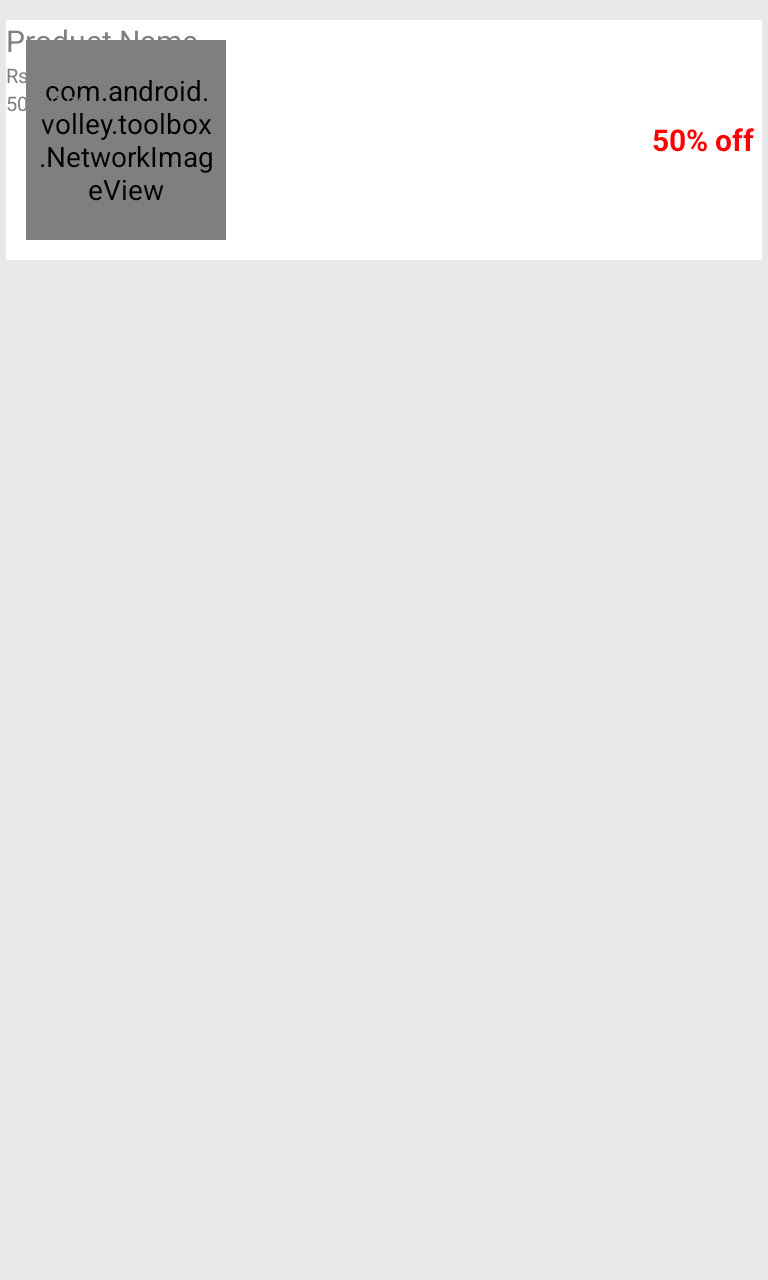
Repository: thisisdemo333/BigDiscount
Layout: BigDiscounts/res/layout/view_lv_search_list.xml
An editor plug-in stored every save of this project. The layout is shown before and after the next save, followed by the edit.
Pictures or frames that could not be fetched are drawn as grey boxes. It is drawn on a 768 x 1280 px phone screen (xhdpi) without system bars, with theme AppTheme; the app's code is not run.

Above is the layout before, as saved 2015-05-10 16:24:37.

### BigDiscounts/res/layout/view_lv_search_list.xml
<?xml version="1.0" encoding="utf-8"?>
<LinearLayout xmlns:android="http://schemas.android.com/apk/res/android"
    android:layout_width="match_parent"
    android:layout_height="wrap_content"
    android:background="@color/gray_light"
    android:orientation="vertical" >

    <RelativeLayout
        android:id="@+id/relativeLayout"
        android:layout_width="match_parent"
        android:layout_height="wrap_content"
        android:layout_marginBottom="@dimen/margin_3dp"
        android:layout_marginLeft="@dimen/margin_3dp"
        android:layout_marginRight="@dimen/margin_3dp"
        android:layout_marginTop="@dimen/margin_10dp"
        android:background="@color/white" >

        <RelativeLayout
            android:id="@+id/image_loader"
            android:layout_width="wrap_content"
            android:layout_height="wrap_content" >

            <ProgressBar
                android:layout_width="wrap_content"
                android:layout_height="wrap_content"
                android:layout_centerInParent="true" />

            <com.android.volley.toolbox.NetworkImageView
                android:id="@+id/iv_product_image"
                android:layout_width="@dimen/dimen_search_item_image"
                android:layout_height="@dimen/dimen_search_item_image"
                android:layout_margin="@dimen/margin_10dp"
                android:layout_marginLeft="@dimen/margin_10dp"
                android:focusable="false"
                android:focusableInTouchMode="false"
                android:padding="@dimen/margin_5dp"
                android:scaleType="fitXY" />
        </RelativeLayout>

        <RelativeLayout
            android:layout_width="wrap_content"
            android:layout_height="wrap_content"
            android:gravity="center_vertical">

            <TextView
                android:id="@+id/tv_product_name"
                android:layout_width="wrap_content"
                android:layout_height="wrap_content"
                android:layout_toRightOf="@+id/image_loader"
                android:text="Product Name"
                android:textColor="@color/gray"
                android:textSize="@dimen/medium_text_size" />

            <TextView
                android:id="@+id/tv_product_selling_prise"
                android:layout_width="wrap_content"
                android:layout_height="wrap_content"
                android:layout_below="@+id/tv_product_name"
                android:layout_toRightOf="@+id/image_loader"
                android:text="Rs 2000.00/-"
                android:textColor="@color/gray"
                android:textSize="@dimen/small_text_size" />

            <TextView
                android:id="@+id/tv_product_mrp"
                android:layout_width="wrap_content"
                android:layout_height="wrap_content"
                android:layout_below="@+id/tv_product_selling_prise"
                android:layout_toRightOf="@+id/image_loader"
                android:text="50000.00/-"
                android:textColor="@color/gray"
                android:textSize="@dimen/small_text_size" />
        </RelativeLayout>

        <TextView
            android:id="@+id/tv_product_offer"
            android:layout_width="wrap_content"
            android:layout_height="wrap_content"
            android:layout_alignParentRight="true"
            android:layout_below="@+id/tv_product_name"
            android:layout_centerVertical="true"
            android:layout_marginRight="@dimen/margin_2dp"
            android:padding="@dimen/padding_2dp"
            android:text="50% off"
            android:textColor="@color/red"
            android:textSize="@dimen/medium_text_size"
            android:textStyle="bold" />
    </RelativeLayout>

</LinearLayout>

### BigDiscounts/res/values/styles.xml
<resources xmlns:android="http://schemas.android.com/apk/res/android">

    <!--
        Base application theme, dependent on API level. This theme is replaced
        by AppBaseTheme from res/values-vXX/styles.xml on newer devices.


    -->
    <style name="AppBaseTheme" parent="android:Theme.Light">
        <!--
            Theme customizations available in newer API levels can go in
            res/values-vXX/styles.xml, while customizations related to
            backward-compatibility can go here.


        -->
    </style>

    <!-- Application theme. -->
    <style name="AppTheme" parent="AppBaseTheme">

        <!-- All customizations that are NOT specific to a particular API-level can go here. -->
        <item name="android:actionBarStyle">@style/MyActionBar</item>
    </style>

    <!-- Action bar theme. -->
    <style name="MyActionBar" parent="@android:style/Widget.Holo.Light.ActionBar">
        <item name="android:background">@color/RoyalBlue</item>
        <item name="android:titleTextStyle">@style/AppTitle</item>
    </style>

    <!-- App title theme -->
    <style name="AppTitle" parent="@android:style/TextAppearance.Holo.Widget.ActionBar.Title">
        <item name="android:textColor">@color/white</item>
    </style>

</resources>

### BigDiscounts/res/values-hdpi/dimens.xml
<?xml version="1.0" encoding="utf-8"?>
<resources>

    <!-- Text Size -->
    <dimen name="very_small_text_size">8sp</dimen>
    <dimen name="sub_small_text_size">9sp</dimen>
    <dimen name="small_text_size">10sp</dimen>
    <dimen name="medium_text_size">15sp</dimen>
    <dimen name="large_text_size">25sp</dimen>
    <dimen name="very_large_text_size">35sp</dimen>

    <!-- padding -->
    <dimen name="padding_1dp">1dp</dimen>
    <dimen name="padding_2dp">2dp</dimen>
    <dimen name="padding_3dp">3dp</dimen>
    <dimen name="padding_4dp">4dp</dimen>
    <dimen name="padding_5dp">5dp</dimen>
    <dimen name="padding_6dp">6dp</dimen>
    <dimen name="padding_7dp">7dp</dimen>
    <dimen name="padding_8dp">8dp</dimen>
    <dimen name="padding_9dp">9dp</dimen>
    <dimen name="padding_10dp">10dp</dimen>
    <dimen name="padding_15dp">15dp</dimen>
    <dimen name="padding_20dp">20dp</dimen>
    <dimen name="padding_25dp">25dp</dimen>
    <dimen name="padding_30dp">30dp</dimen>
    <dimen name="padding_40dp">40dp</dimen>

    <!-- Margin -->
    <dimen name="margin_1dp">1dp</dimen>
    <dimen name="margin_2dp">2dp</dimen>
    <dimen name="margin_3dp">3dp</dimen>
    <dimen name="margin_4dp">4dp</dimen>
    <dimen name="margin_5dp">5dp</dimen>
    <dimen name="margin_6dp">6dp</dimen>
    <dimen name="margin_7dp">7dp</dimen>
    <dimen name="margin_8dp">8dp</dimen>
    <dimen name="margin_9dp">9dp</dimen>
    <dimen name="margin_10dp">10dp</dimen>
    <dimen name="margin_15dp">15dp</dimen>
    <dimen name="margin_20dp">20dp</dimen>
    <dimen name="margin_25dp">25dp</dimen>
    <dimen name="margin_30dp">30dp</dimen>

    <!-- Imageview Category Dimen -->
    <dimen name="imv_category_dimen">40dp</dimen>

    <!-- Category Fragment dimen -->
    <dimen name="dimen_hotdeals_listview">165dp</dimen>
    <dimen name="dimen_view_pager">165dp</dimen>
    <dimen name="dimen_hot_deals_image">165dp</dimen>
    <dimen name="dimen_product_image">165dp</dimen>

    <!-- Search Item Image dimen -->
    <dimen name="dimen_search_item_image">100dp</dimen>

    <!-- Advertise Screen Dimen -->
    <dimen name="dimen_advetise_viewpager">200dp</dimen>
    <dimen name="dimen_advertise_horizontal_listview">100dp</dimen>
    <dimen name="dimen_advertise_call_image">40dp</dimen>
    <dimen name="dimen_advertise_sms_image">40dp</dimen>
    <dimen name="dimen_advertise_pager_addres">100dp</dimen>

</resources>

### BigDiscounts/res/values-mdpi/dimens.xml
<?xml version="1.0" encoding="utf-8"?>
<resources>

    <!-- Text Size -->
    <dimen name="very_small_text_size">8sp</dimen>
    <dimen name="sub_small_text_size">9sp</dimen>
    <dimen name="small_text_size">10sp</dimen>
    <dimen name="medium_text_size">15sp</dimen>
    <dimen name="large_text_size">25sp</dimen>
    <dimen name="very_large_text_size">35sp</dimen>

    <!-- padding -->
    <dimen name="padding_1dp">1dp</dimen>
    <dimen name="padding_2dp">2dp</dimen>
    <dimen name="padding_3dp">3dp</dimen>
    <dimen name="padding_4dp">4dp</dimen>
    <dimen name="padding_5dp">5dp</dimen>
    <dimen name="padding_6dp">6dp</dimen>
    <dimen name="padding_7dp">7dp</dimen>
    <dimen name="padding_8dp">8dp</dimen>
    <dimen name="padding_9dp">9dp</dimen>
    <dimen name="padding_10dp">10dp</dimen>
    <dimen name="padding_15dp">15dp</dimen>
    <dimen name="padding_20dp">20dp</dimen>
    <dimen name="padding_25dp">25dp</dimen>
    <dimen name="padding_30dp">30dp</dimen>
    <dimen name="padding_40dp">40dp</dimen>

    <!-- Margin -->
    <dimen name="margin_1dp">1dp</dimen>
    <dimen name="margin_2dp">2dp</dimen>
    <dimen name="margin_3dp">3dp</dimen>
    <dimen name="margin_4dp">4dp</dimen>
    <dimen name="margin_5dp">5dp</dimen>
    <dimen name="margin_6dp">6dp</dimen>
    <dimen name="margin_7dp">7dp</dimen>
    <dimen name="margin_8dp">8dp</dimen>
    <dimen name="margin_9dp">9dp</dimen>
    <dimen name="margin_10dp">10dp</dimen>
    <dimen name="margin_15dp">15dp</dimen>
    <dimen name="margin_20dp">20dp</dimen>
    <dimen name="margin_25dp">25dp</dimen>
    <dimen name="margin_30dp">30dp</dimen>

    <!-- Imageview Category Dimen -->
    <dimen name="imv_category_dimen">35dp</dimen>

    <!-- Category Fragment dimen -->
    <dimen name="dimen_hotdeals_listview">150dp</dimen>
    <dimen name="dimen_view_pager">150dp</dimen>
    <dimen name="dimen_hot_deals_image">150dp</dimen>
    <dimen name="dimen_product_image">150dp</dimen>

    <!-- Search Item Image dimen -->
    <dimen name="dimen_search_item_image">100dp</dimen>

    <!-- Advertise Screen Dimen -->
    <dimen name="dimen_advetise_viewpager">200dp</dimen>
    <dimen name="dimen_advertise_horizontal_listview">100dp</dimen>
    <dimen name="dimen_advertise_call_image">40dp</dimen>
    <dimen name="dimen_advertise_sms_image">40dp</dimen>
    <dimen name="dimen_advertise_pager_addres">100dp</dimen>

</resources>

### BigDiscounts/res/values-xhdpi/dimens.xml
<?xml version="1.0" encoding="utf-8"?>
<resources>

    <!-- Text Size -->
    <dimen name="very_small_text_size">8sp</dimen>
    <dimen name="sub_small_text_size">9sp</dimen>
    <dimen name="small_text_size">10sp</dimen>
    <dimen name="medium_text_size">15sp</dimen>
    <dimen name="large_text_size">25sp</dimen>
    <dimen name="very_large_text_size">35sp</dimen>

    <!-- padding -->
    <dimen name="padding_1dp">1dp</dimen>
    <dimen name="padding_2dp">2dp</dimen>
    <dimen name="padding_3dp">3dp</dimen>
    <dimen name="padding_4dp">4dp</dimen>
    <dimen name="padding_5dp">5dp</dimen>
    <dimen name="padding_6dp">6dp</dimen>
    <dimen name="padding_7dp">7dp</dimen>
    <dimen name="padding_8dp">8dp</dimen>
    <dimen name="padding_9dp">9dp</dimen>
    <dimen name="padding_10dp">10dp</dimen>
    <dimen name="padding_15dp">15dp</dimen>
    <dimen name="padding_20dp">20dp</dimen>
    <dimen name="padding_25dp">25dp</dimen>
    <dimen name="padding_30dp">30dp</dimen>
    <dimen name="padding_40dp">40dp</dimen>

    <!-- Margin -->
    <dimen name="margin_1dp">1dp</dimen>
    <dimen name="margin_2dp">2dp</dimen>
    <dimen name="margin_3dp">3dp</dimen>
    <dimen name="margin_4dp">4dp</dimen>
    <dimen name="margin_5dp">5dp</dimen>
    <dimen name="margin_6dp">6dp</dimen>
    <dimen name="margin_7dp">7dp</dimen>
    <dimen name="margin_8dp">8dp</dimen>
    <dimen name="margin_9dp">9dp</dimen>
    <dimen name="margin_10dp">10dp</dimen>
    <dimen name="margin_15dp">15dp</dimen>
    <dimen name="margin_20dp">20dp</dimen>
    <dimen name="margin_25dp">25dp</dimen>
    <dimen name="margin_30dp">30dp</dimen>

    <!-- Imageview Category Dimen -->
    <dimen name="imv_category_dimen">45dp</dimen>

    <!-- Category Fragment dimen -->
    <dimen name="dimen_hotdeals_listview">165dp</dimen>
    <dimen name="dimen_view_pager">165dp</dimen>
    <dimen name="dimen_hot_deals_image">165dp</dimen>
    <dimen name="dimen_product_image">165dp</dimen>


    <!-- Search Item Image dimen -->
    <dimen name="dimen_search_item_image">100dp</dimen>

    <!-- Advertise Screen Dimen -->
    <dimen name="dimen_advetise_viewpager">200dp</dimen>
    <dimen name="dimen_advertise_horizontal_listview">100dp</dimen>
    <dimen name="dimen_advertise_call_image">40dp</dimen>
    <dimen name="dimen_advertise_sms_image">40dp</dimen>
    <dimen name="dimen_advertise_pager_addres">100dp</dimen>

</resources>

Loaded but not shown: BigDiscounts/res/values-v11/styles.xml (common file); BigDiscounts/res/values-v14/styles.xml (common file); BigDiscounts/res/values/colors.xml (184 lines, source omitted)

After the next save:
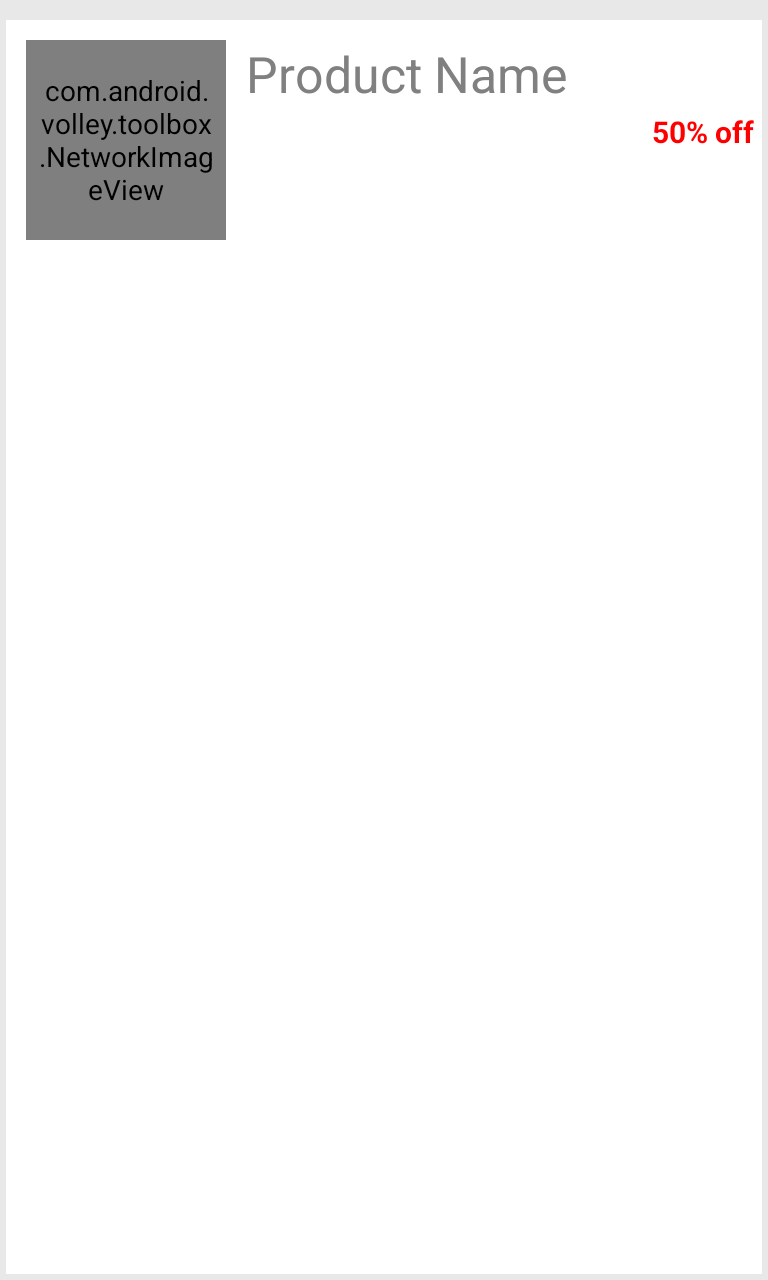
Saved 2 min 10 s later.
--- a/BigDiscounts/res/layout/view_lv_search_list.xml
+++ b/BigDiscounts/res/layout/view_lv_search_list.xml
@@ -9,6 +9,7 @@
         android:id="@+id/relativeLayout"
         android:layout_width="match_parent"
         android:layout_height="wrap_content"
+        android:layout_centerVertical="true"
         android:layout_marginBottom="@dimen/margin_3dp"
         android:layout_marginLeft="@dimen/margin_3dp"
         android:layout_marginRight="@dimen/margin_3dp"
@@ -37,40 +38,35 @@
                 android:scaleType="fitXY" />
         </RelativeLayout>
 
-        <RelativeLayout
+        <TextView
+            android:id="@+id/tv_product_name"
             android:layout_width="wrap_content"
             android:layout_height="wrap_content"
-            android:gravity="center_vertical">
+            android:layout_marginTop="@dimen/margin_10dp"
+            android:layout_toRightOf="@+id/image_loader"
+            android:text="Product Name"
+            android:textColor="@color/gray"
+            android:textSize="@dimen/large_text_size" />
 
-            <TextView
-                android:id="@+id/tv_product_name"
-                android:layout_width="wrap_content"
-                android:layout_height="wrap_content"
-                android:layout_toRightOf="@+id/image_loader"
-                android:text="Product Name"
-                android:textColor="@color/gray"
-                android:textSize="@dimen/medium_text_size" />
+<!--         <TextView -->
+<!--             android:id="@+id/tv_product_selling_prise" -->
+<!--             android:layout_width="wrap_content" -->
+<!--             android:layout_height="wrap_content" -->
+<!--             android:layout_below="@+id/tv_product_name" -->
+<!--             android:layout_toRightOf="@+id/image_loader" -->
+<!--             android:text="Rs 2000.00/-" -->
+<!--             android:textColor="@color/gray" -->
+<!--             android:textSize="@dimen/medium_text_size" /> -->
 
-            <TextView
-                android:id="@+id/tv_product_selling_prise"
-                android:layout_width="wrap_content"
-                android:layout_height="wrap_content"
-                android:layout_below="@+id/tv_product_name"
-                android:layout_toRightOf="@+id/image_loader"
-                android:text="Rs 2000.00/-"
-                android:textColor="@color/gray"
-                android:textSize="@dimen/small_text_size" />
-
-            <TextView
-                android:id="@+id/tv_product_mrp"
-                android:layout_width="wrap_content"
-                android:layout_height="wrap_content"
-                android:layout_below="@+id/tv_product_selling_prise"
-                android:layout_toRightOf="@+id/image_loader"
-                android:text="50000.00/-"
-                android:textColor="@color/gray"
-                android:textSize="@dimen/small_text_size" />
-        </RelativeLayout>
+<!--         <TextView -->
+<!--             android:id="@+id/tv_product_mrp" -->
+<!--             android:layout_width="wrap_content" -->
+<!--             android:layout_height="wrap_content" -->
+<!--             android:layout_below="@+id/tv_product_selling_prise" -->
+<!--             android:layout_toRightOf="@+id/image_loader" -->
+<!--             android:text="50000.00/-" -->
+<!--             android:textColor="@color/gray" -->
+<!--             android:textSize="@dimen/medium_text_size" /> -->
 
         <TextView
             android:id="@+id/tv_product_offer"
@@ -78,8 +74,9 @@
             android:layout_height="wrap_content"
             android:layout_alignParentRight="true"
             android:layout_below="@+id/tv_product_name"
-            android:layout_centerVertical="true"
             android:layout_marginRight="@dimen/margin_2dp"
+           	android:layout_alignParentBottom="true"
+            android:gravity="right"
             android:padding="@dimen/padding_2dp"
             android:text="50% off"
             android:textColor="@color/red"

After the save that followed:
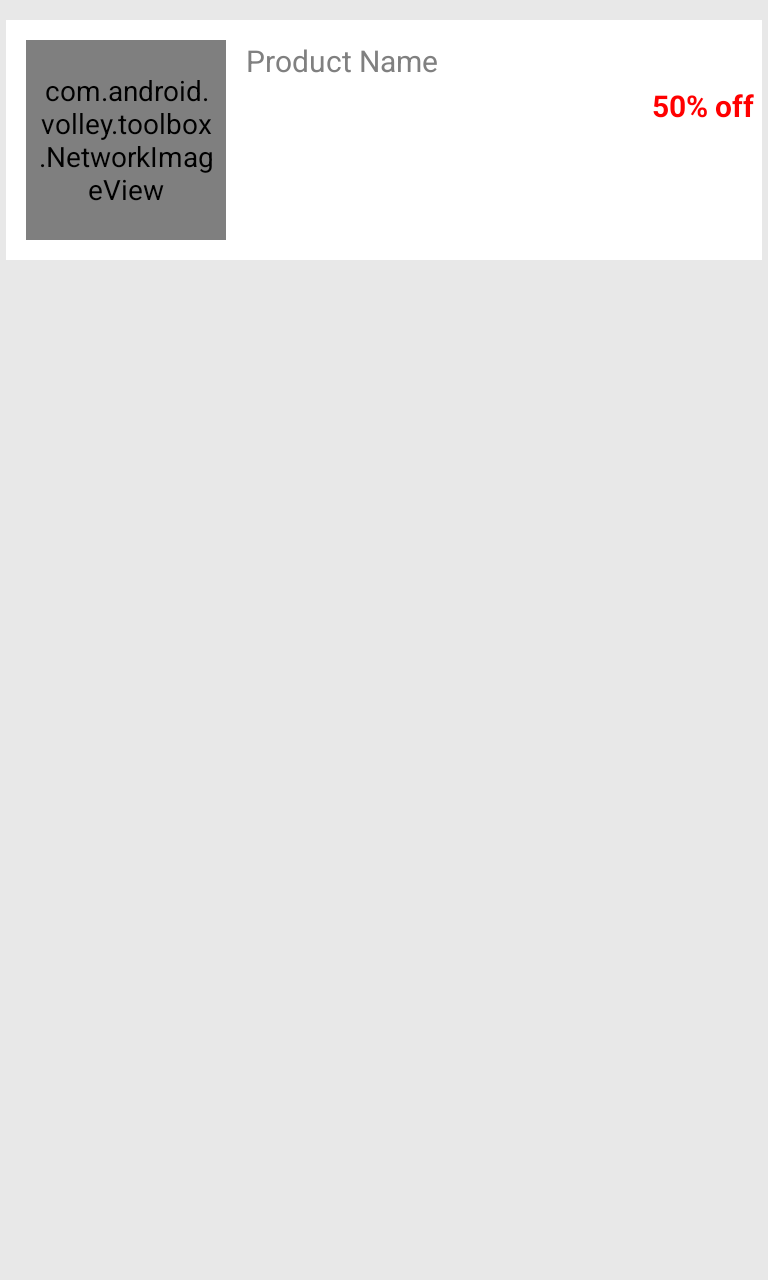
Saved 54 s later.
--- a/BigDiscounts/res/layout/view_lv_search_list.xml
+++ b/BigDiscounts/res/layout/view_lv_search_list.xml
@@ -46,27 +46,29 @@
             android:layout_toRightOf="@+id/image_loader"
             android:text="Product Name"
             android:textColor="@color/gray"
-            android:textSize="@dimen/large_text_size" />
+            android:textSize="@dimen/medium_text_size"
+            android:layout_centerHorizontal="true" />
 
-<!--         <TextView -->
-<!--             android:id="@+id/tv_product_selling_prise" -->
-<!--             android:layout_width="wrap_content" -->
-<!--             android:layout_height="wrap_content" -->
-<!--             android:layout_below="@+id/tv_product_name" -->
-<!--             android:layout_toRightOf="@+id/image_loader" -->
-<!--             android:text="Rs 2000.00/-" -->
-<!--             android:textColor="@color/gray" -->
-<!--             android:textSize="@dimen/medium_text_size" /> -->
+        <!-- <TextView -->
+        <!-- android:id="@+id/tv_product_selling_prise" -->
+        <!-- android:layout_width="wrap_content" -->
+        <!-- android:layout_height="wrap_content" -->
+        <!-- android:layout_below="@+id/tv_product_name" -->
+        <!-- android:layout_toRightOf="@+id/image_loader" -->
+        <!-- android:text="Rs 2000.00/-" -->
+        <!-- android:textColor="@color/gray" -->
+        <!-- android:textSize="@dimen/medium_text_size" /> -->
 
-<!--         <TextView -->
-<!--             android:id="@+id/tv_product_mrp" -->
-<!--             android:layout_width="wrap_content" -->
-<!--             android:layout_height="wrap_content" -->
-<!--             android:layout_below="@+id/tv_product_selling_prise" -->
-<!--             android:layout_toRightOf="@+id/image_loader" -->
-<!--             android:text="50000.00/-" -->
-<!--             android:textColor="@color/gray" -->
-<!--             android:textSize="@dimen/medium_text_size" /> -->
+
+        <!-- <TextView -->
+        <!-- android:id="@+id/tv_product_mrp" -->
+        <!-- android:layout_width="wrap_content" -->
+        <!-- android:layout_height="wrap_content" -->
+        <!-- android:layout_below="@+id/tv_product_selling_prise" -->
+        <!-- android:layout_toRightOf="@+id/image_loader" -->
+        <!-- android:text="50000.00/-" -->
+        <!-- android:textColor="@color/gray" -->
+        <!-- android:textSize="@dimen/medium_text_size" /> -->
 
         <TextView
             android:id="@+id/tv_product_offer"
@@ -75,7 +77,6 @@
             android:layout_alignParentRight="true"
             android:layout_below="@+id/tv_product_name"
             android:layout_marginRight="@dimen/margin_2dp"
-           	android:layout_alignParentBottom="true"
             android:gravity="right"
             android:padding="@dimen/padding_2dp"
             android:text="50% off"
